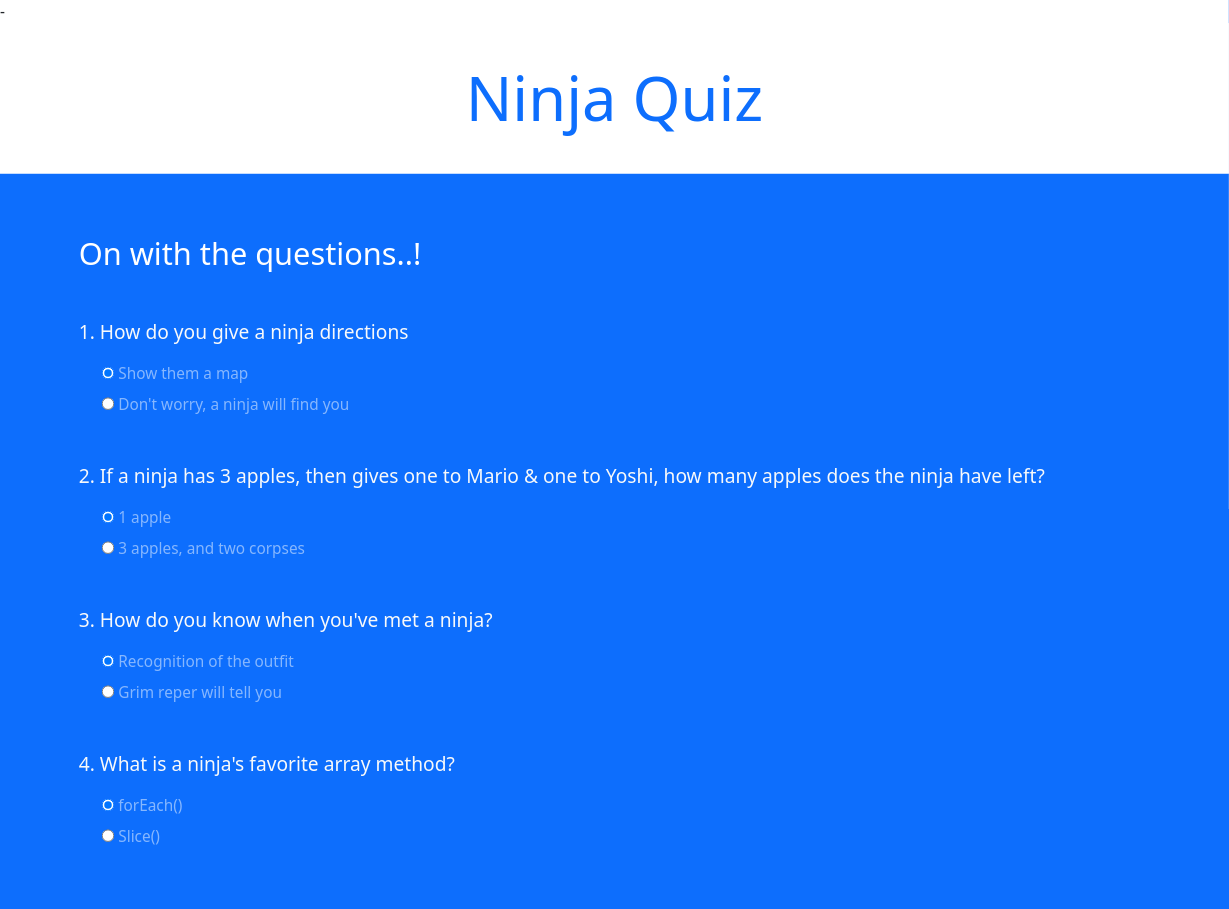
Repository: Programmer-RD-AI/Modern-JavaScript-Complete-guide-from-Novice-to-Ninja
Page: ninja_quiz/index.html
An editor plug-in stored every save of this project. The page is shown before and after a run of saves, followed by the edit.
The browser window is 1280 px wide. The pictures show the whole page, at 96% of full size.

Above is the page before, as saved 2023-12-26 15:31:30.

### ninja_quiz/index.html
<html lang="en">
  <head>
    <meta charset="UTF-8" />
    -
    <meta name="viewport" content="width=device-width, initial-scale=1.0" />
    <link
      href="https://cdn.jsdelivr.net/npm/bootstrap@5.3.2/dist/css/bootstrap.min.css"
      rel="stylesheet"
      integrity="sha384-T3c6CoIi6uLrA9TneNEoa7RxnatzjcDSCmG1MXxSR1GAsXEV/Dwwykc2MPK8M2HN"
      crossorigin="anonymous"
    />
    <title>Ninja Quiz</title>
    <link rel="stylesheet" href="style.css" />
  </head>
  <body>
    <!-- introduction -->
    <div class="intro py-3 bg-white text-center">
      <div class="container">
        <h2 class="text-primary display-3 my-4">Ninja Quiz</h2>
      </div>
    </div>
    <!-- quiz section -->
    <div class="quiz py-3 bg-primary">
      <div class="container">
        <h2 class="my-5 text-white">On with the questions..!</h2>
        <form class="quiz-form text-light">
          <div class="my-5">
            <p class="lead font-weight-normal">
              1. How do you give a ninja directions
            </p>
            <div class="form-check my-2 text-white-50">
              <input type="radio" name="q1" value="A" checked />
              <label class="form-check-label">Show them a map</label>
            </div>
            <div class="form-check my-2 text-white-50">
              <input type="radio" name="q1" value="B" />
              <label class="form-check-label"
                >Don't worry, a ninja will find you</label
              >
            </div>
          </div>
          <div class="my-5">
            <p class="lead font-weight-normal">
              2. If a ninja has 3 apples, then gives one to Mario & one to
              Yoshi, how many apples does the ninja have left?
            </p>
            <div class="form-check my-2 text-white-50">
              <input type="radio" name="q2" value="A" checked />
              <label class="form-check-label">1 apple</label>
            </div>
            <div class="form-check my-2 text-white-50">
              <input type="radio" name="q2" value="B" />
              <label class="form-check-label">3 apples, and two corpses</label>
            </div>
          </div>
          <div class="my-5">
            <p class="lead font-weight-normal">
              3. How do you know when you've met a ninja?
            </p>
            <div class="form-check my-2 text-white-50">
              <input type="radio" name="q3" value="A" checked />
              <label class="form-check-label">Recognition of the outfit</label>
            </div>
            <div class="form-check my-2 text-white-50">
              <input type="radio" name="q3" value="B" />
              <label class="form-check-label">Grim reper will tell you</label>
            </div>
          </div>
          <div class="my-5">
            <p class="lead font-weight-normal">
              4. What is a ninja's favorite array method?
            </p>
            <div class="form-check my-2 text-white-50">
              <input type="radio" name="q4" value="A" checked />
              <label class="form-check-label">forEach()</label>
            </div>
            <div class="form-check my-2 text-white-50">
              <input type="radio" name="q4" value="B" />
              <label class="form-check-label">Slice()</label>
            </div>
          </div>
        </form>
      </div>
    </div>
    <script src="app.js"></script>
  </body>
</html>

Loaded but not shown: ninja_quiz/app.js (no copy from this time; the picture is the same without it); ninja_quiz/style.css (no stored copy; drawn as an empty file)

After the next 3 saves:
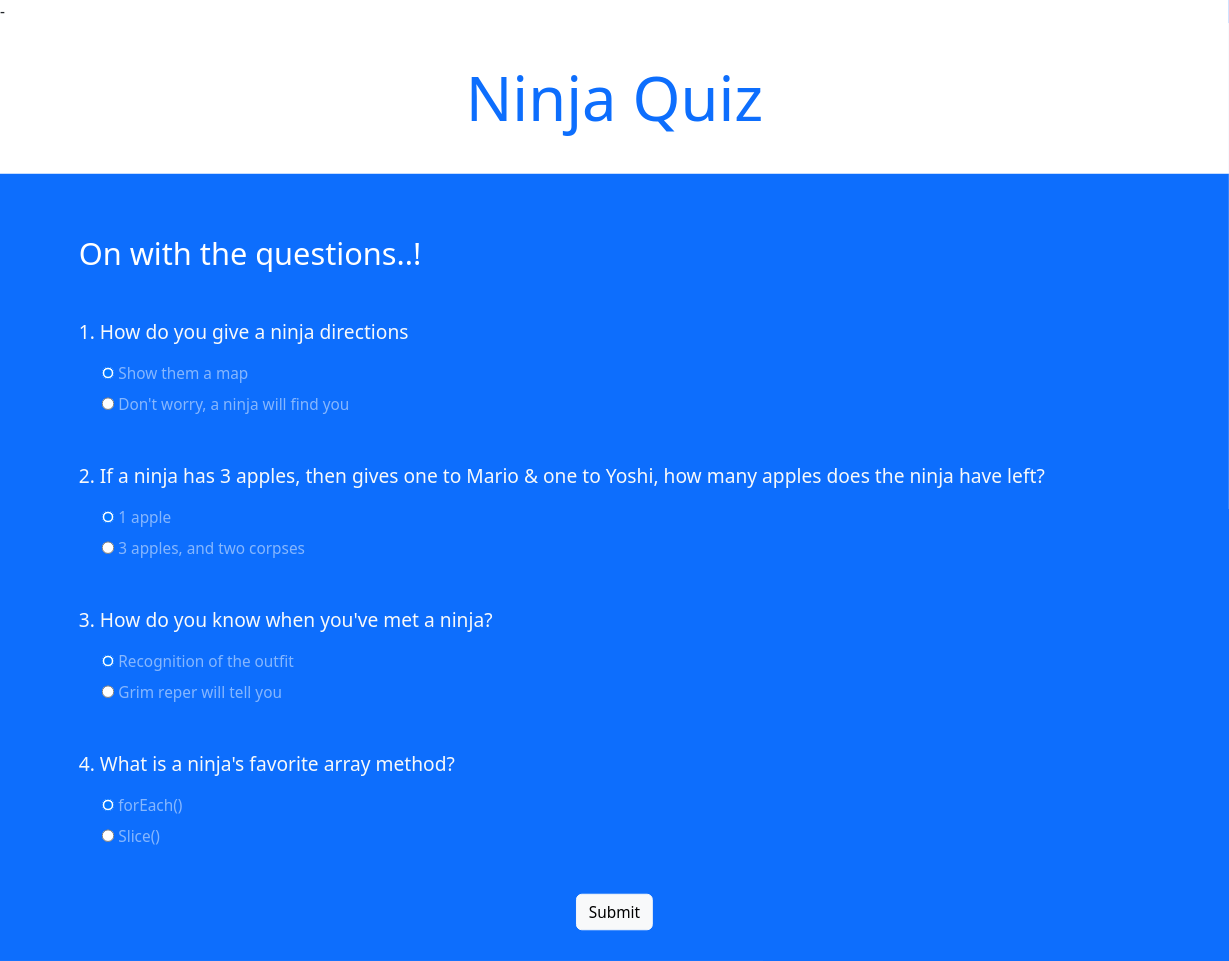
The 3 saves are shown as one change because they came seconds apart.
The last was saved 52 s later.
--- a/ninja_quiz/index.html
+++ b/ninja_quiz/index.html
@@ -79,6 +79,9 @@
               <label class="form-check-label">Slice()</label>
             </div>
           </div>
+          <div class="text-center">
+            <input type="submit" class="btn btn-light" />
+          </div>
         </form>
       </div>
     </div>
